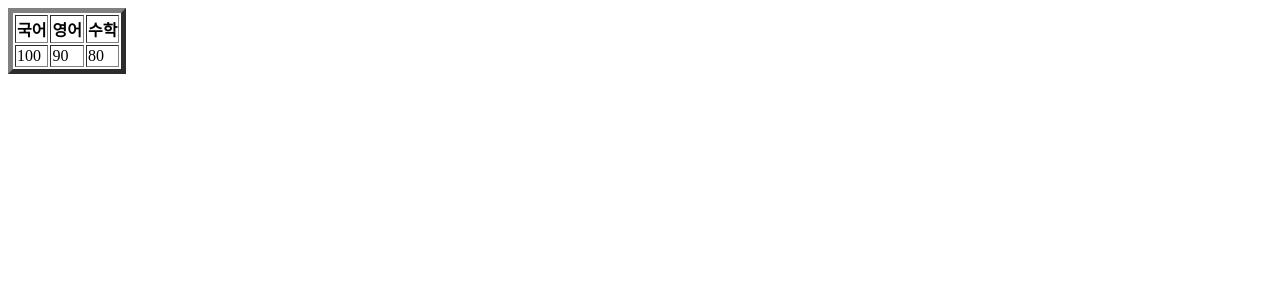
Repository: tjdwlsaos22/TJ_JSP
Page: jsp/HTML/src/main/webapp/Lec04.html
An editor plug-in stored every save of this project. The page is shown before and after the next save, followed by the edit.
The browser window is 1280 px wide. The pictures show the whole page.

Above is the page before, as saved 2024-01-17 03:03:41.

### jsp/HTML/src/main/webapp/Lec04.html
<!DOCTYPE html>
<html>
	<head>
		<meta charset="UTF-8">
		<title>Table Tag</title>
	</head>
	<body>
		<table border="5">
			<tr>
				<th>국어</th>
				<th>영어</th>
				<th>수학</th>
			</tr>
			<tr>
				<td>100</td>
				<td>90</td>
				<td>80</td>
			</tr>
		</table>
	</body>
</html>

After the next save:
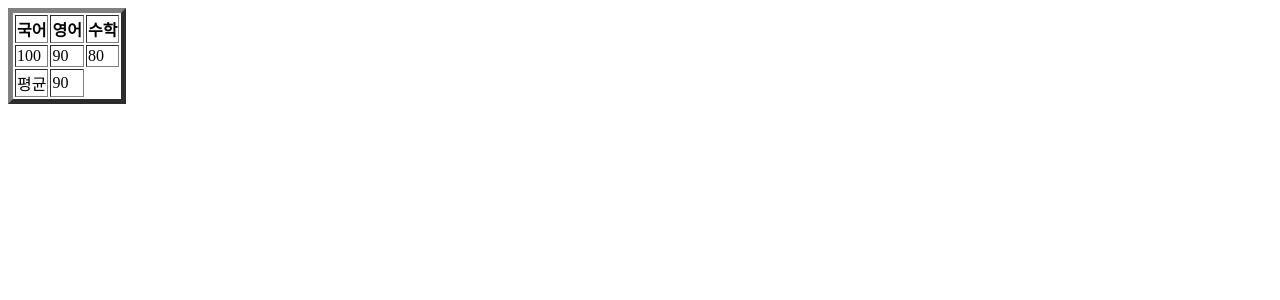
Saved 63 s later.
--- a/jsp/HTML/src/main/webapp/Lec04.html
+++ b/jsp/HTML/src/main/webapp/Lec04.html
@@ -16,6 +16,10 @@
 				<td>90</td>
 				<td>80</td>
 			</tr>
+			<tr>
+				<td>평균</td>
+				<td>90</td>
+			</tr>
 		</table>
 	</body>
 </html>
